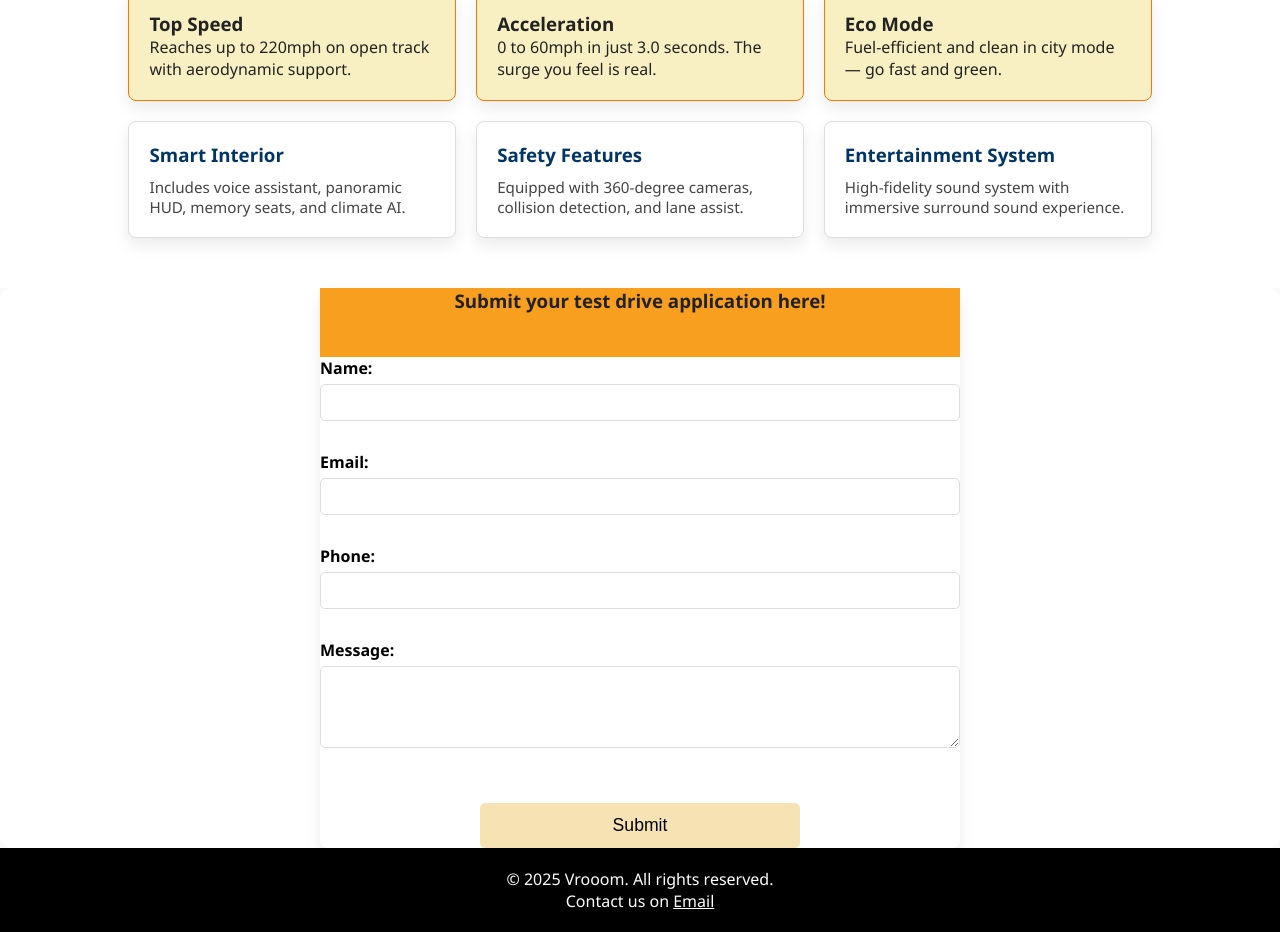
Repository: JiaheSu22/vrooom-responsive-main
Page: index.html
The author's editor kept a copy of each file at every save. The page is drawn from the files as they stood at one save, then again after a run of saves.
The browser window is 1280 px wide. The pictures show the part of the page from y = 780 to 1732 px (the page is 1712 px tall before and 1732 px after).
A picture or video elsewhere on the page could not be fetched, so the positions and the page height are approximate.

Above is the page before, as saved 2025-04-11 15:46:42.

After the next 2 saves:
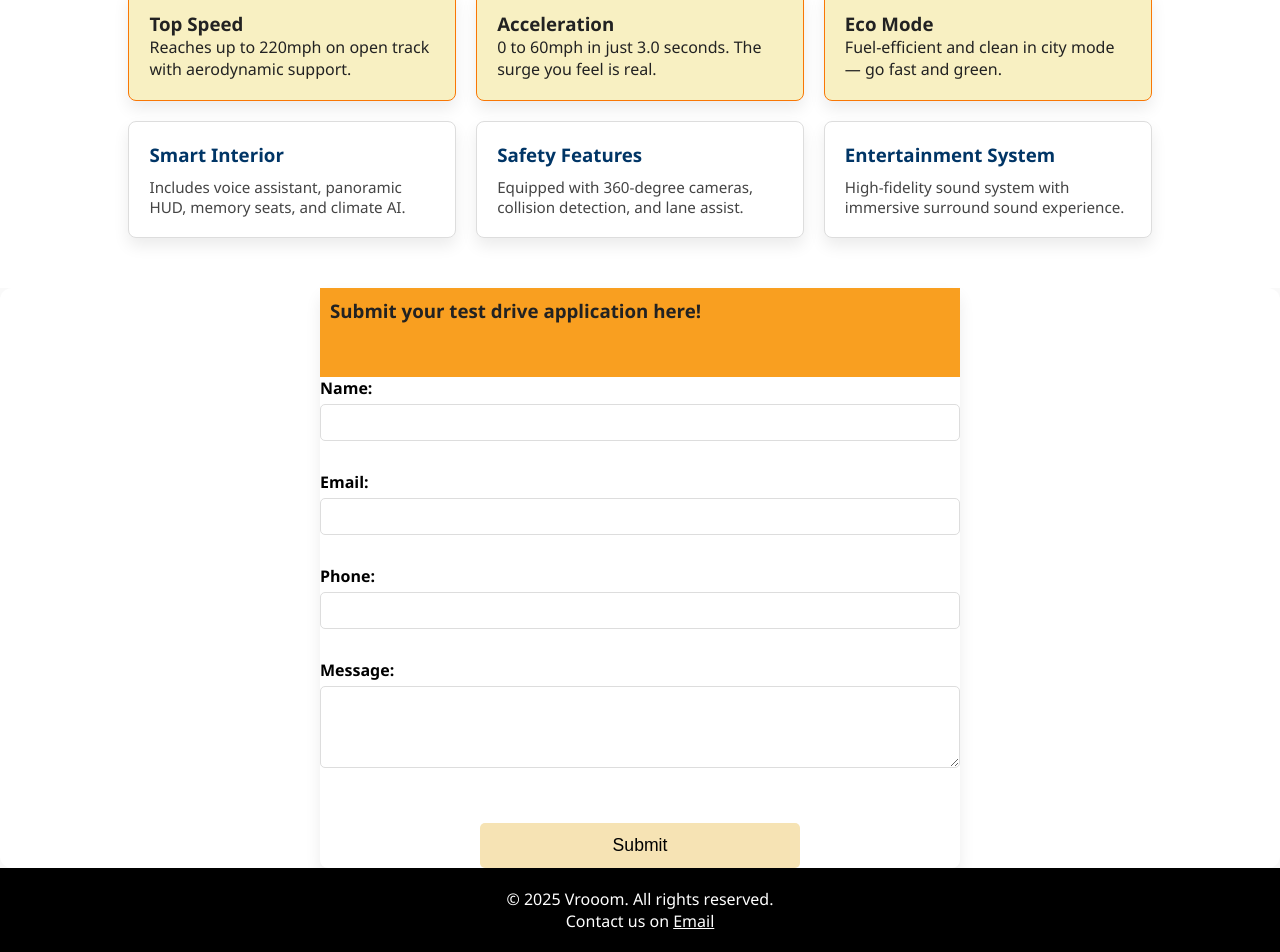
The 2 saves are shown as one change because they came seconds apart.
The last was saved 12 s later.
--- a/index.html
+++ b/index.html
@@ -157,9 +157,8 @@
     }
 
     .form-header {
-      text-align: center;
       background-color: #f99f20;
-      padding: 0;
+      padding: 10px;
       width: 100%;
     }
 
